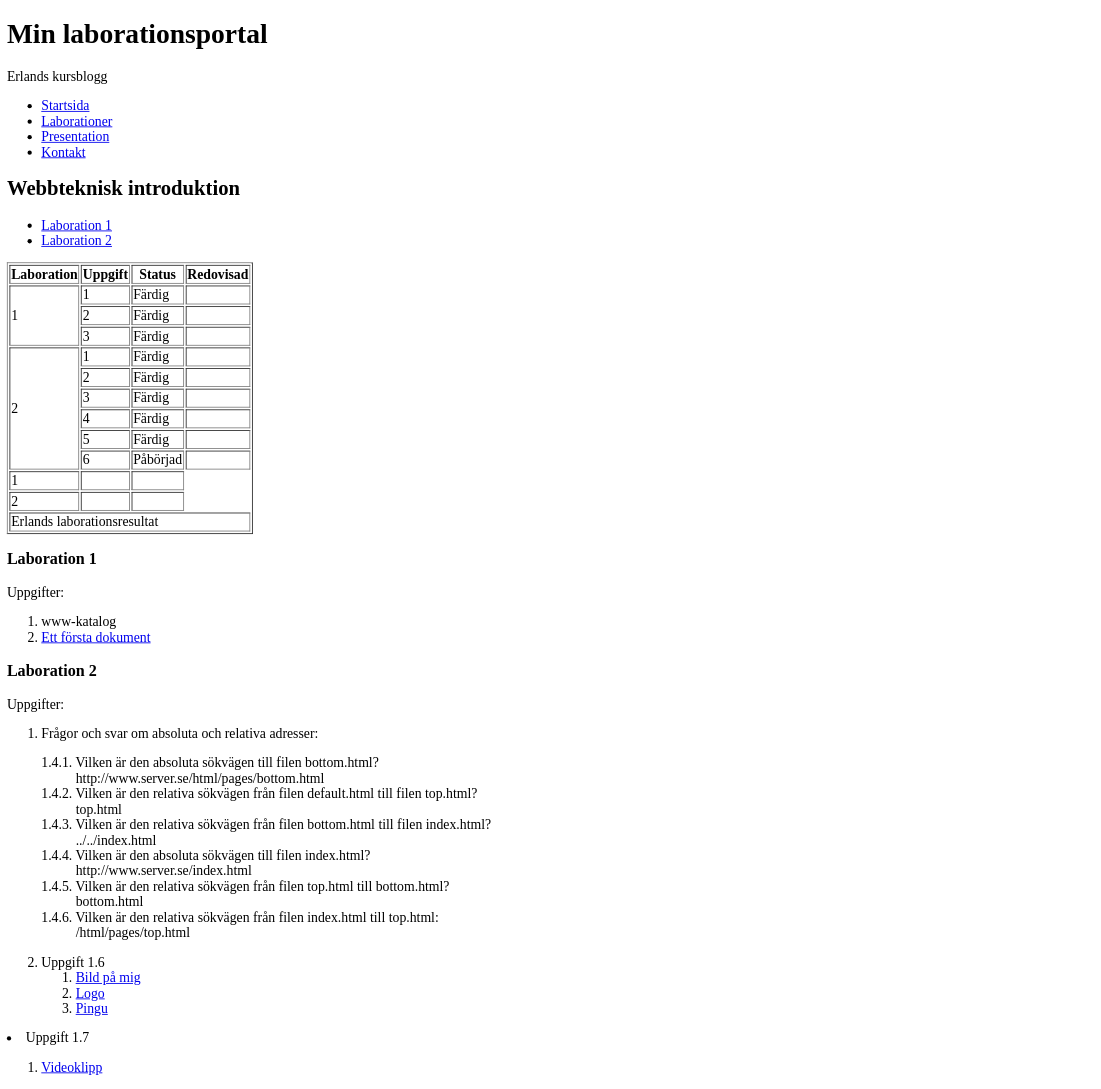
Repository: ej222ru/1IK415-laborationer
Page: pages/laborationer.html
The author's editor kept a record of every edit. The page is drawn from the files as they stood at one moment, then again after the next edit.
The browser window is 1280 px wide. The pictures show the whole page, at 86% of full size.

Above is the page before.

After the next edit:
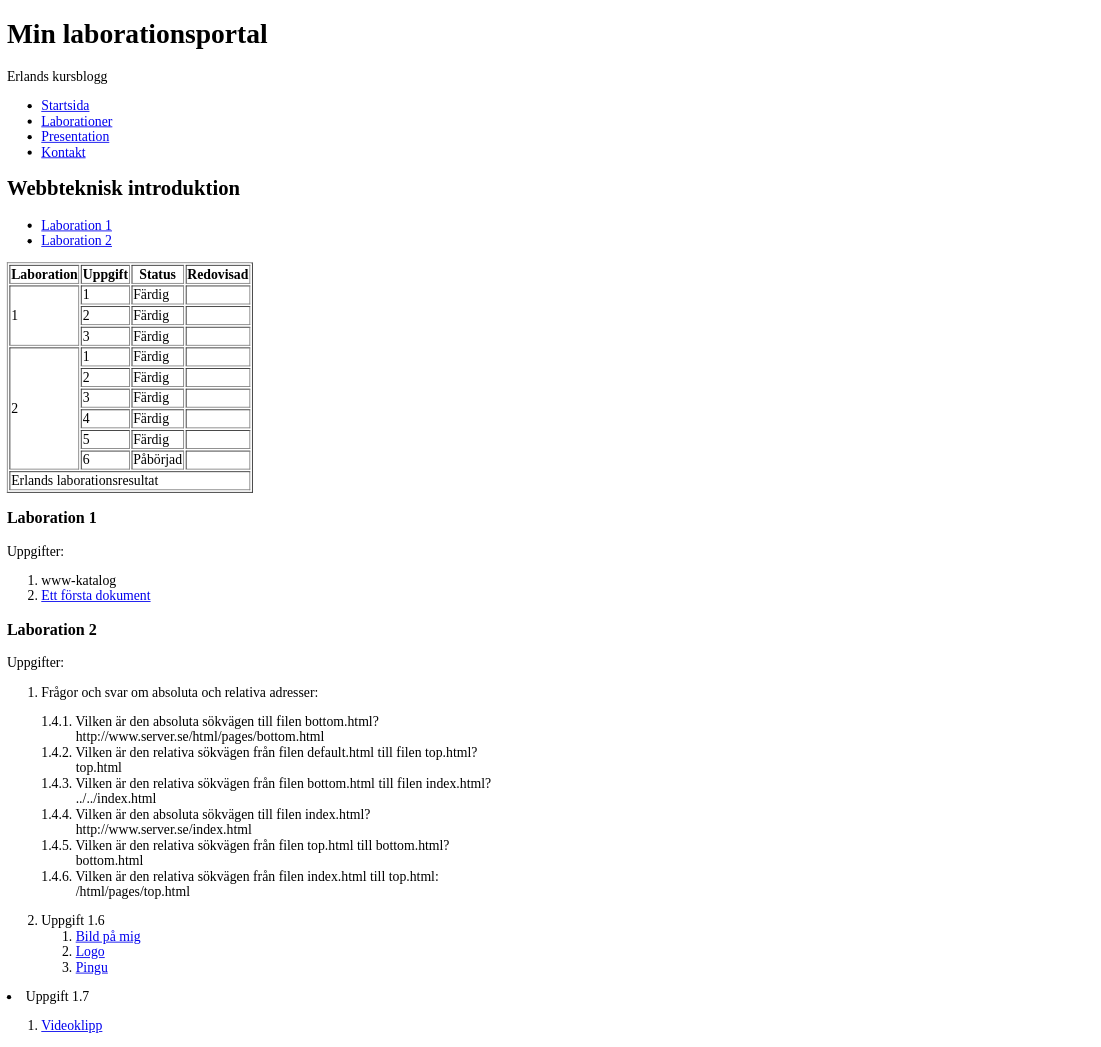
The edit:
--- a/pages/laborationer.html
+++ b/pages/laborationer.html
@@ -81,16 +81,6 @@
                     <td>Påbörjad</td>
                     <td></td>
                 </tr>
-                <tr>
-                    <td>1</td>
-                    <td></td>
-                    <td></td>
-                </tr>
-                <tr>
-                    <td>2</td>
-                    <td></td>
-                    <td></td>
-                </tr>
             </tbody>
         </table>
         <h3>Laboration 1 <a id="Laboration1"></a></h3>
